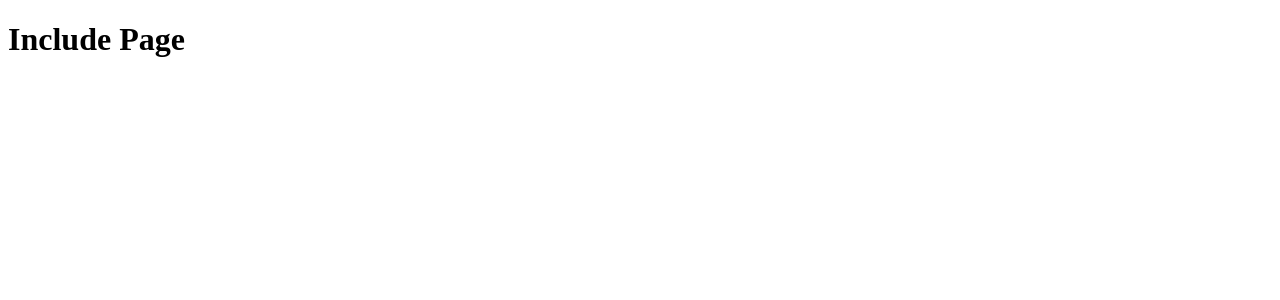
Repository: usonihs/StudyX
Page: http://localhost/JSP/Include.jsp
The author's editor kept a copy of each file at every save. The page is drawn from the files as they stood at one save, then again after a run of saves.
The browser window is 1280 px wide. The pictures show the whole page.
The page is served by Tomcat 9.

Above is the page before, as saved 2022-10-20 01:34:53.

After the next 3 saves:
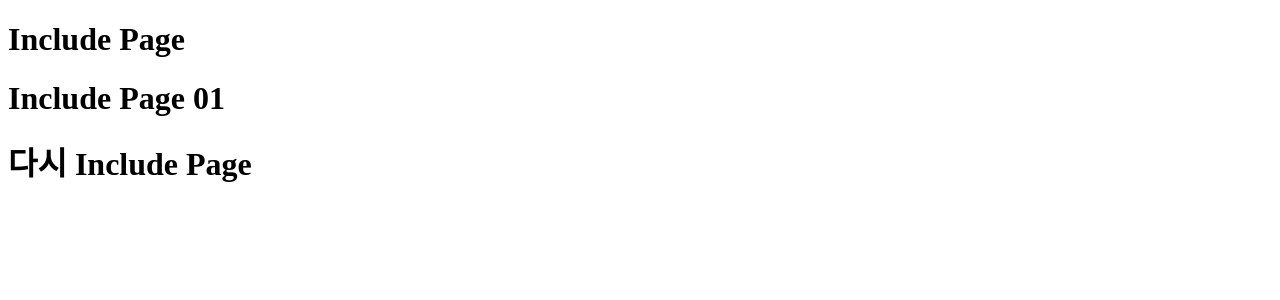
The 3 saves are shown as one change because 2 did not build or start.
The last was saved 105 s later.
--- a/JSP/JSP/src/main/webapp/Include.jsp
+++ b/JSP/JSP/src/main/webapp/Include.jsp
@@ -8,5 +8,7 @@
 </head>
 <body>
 	<h1>Include Page</h1>
+	<%@include file = "Include_01.jsp" %>
+	<h1>다시 Include Page</h1>
 </body>
 </html>
